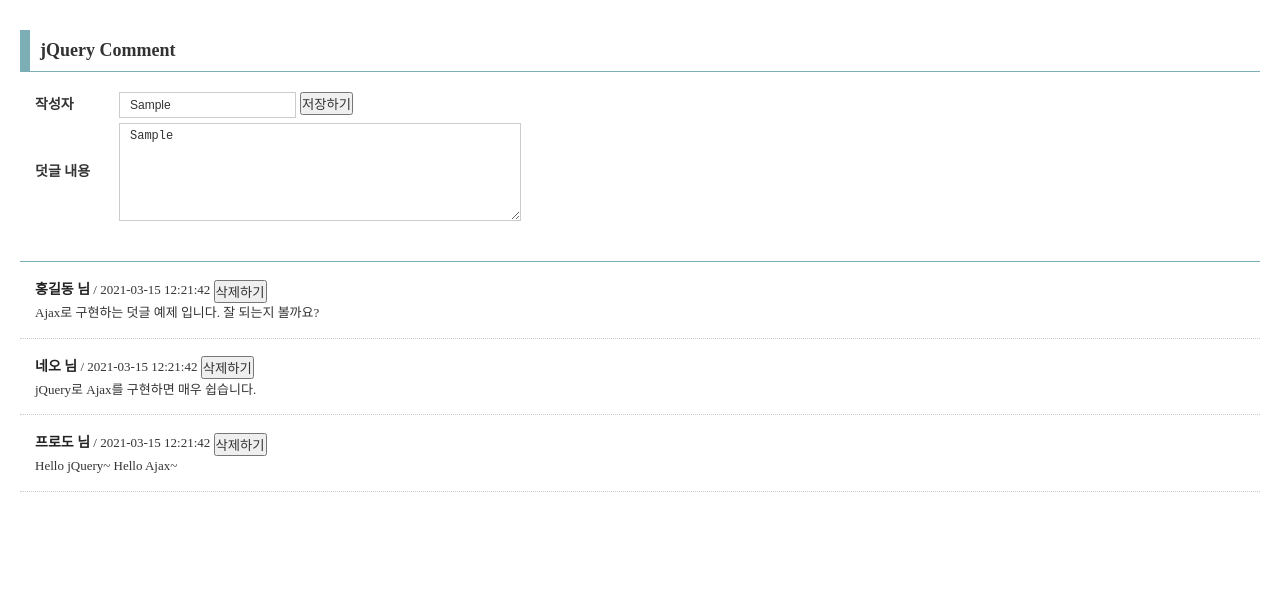
Repository: rwanda95do/bitcamp
Page: JQueryAjax/src/main/webapp/02_xml/exam05.html
The author's editor kept a copy of each file at every save. The page is drawn from the files as they stood at one save, then again after the next save.
The browser window is 1280 px wide. The pictures show the whole page.
Empty fields were first filled with sample values (such as "Sample", 5 or name@example.com).
After loading, the first visible `#comment_form` was submitted once.

Above is the page before, as saved 2024-08-28 07:53:58.
Console error: TypeError: $(...).fine is not a function

### JQueryAjax/src/main/webapp/02_xml/exam05.html
<!DOCTYPE html>
<html>
<head>
<meta charset="UTF-8">
<title>Insert title here</title>
<style type="text/css">
* {
 padding: 0;
 margin: 0;
 color: #333;
}

ul {
   list-style: none;
}

#container {
   padding: 30px 20px;
}

h1 {
   font-size: large;
   border-left: 10px solid #7BAEB5;
   border-bottom: 1px solid #7BAEB5;
   padding: 10px;
   width: auto;
}

#comment_write {
   padding: 20px 15px;
   border-bottom: 1px solid #7BAEB5;
}

#comment_write label {
   display: inline-block;
   width: 80px;
   font-size: 14px;
   font-weight: bold;
   margin-bottom: 10px;
}

#comment_write input[type='text'], #comment_write textarea {
   border: 1px solid #ccc;
   vertical-align: middle;
   padding: 3px 10px;
   font-size: 12px;
   line-height: 150%;
}

#comment_write textarea {
   width: 380px;
   height: 90px
}

.comment_item {
   font-size: 13px;
   color: #333;
   padding: 15px;
   border-bottom: 1px dotted #ccc;
   line-height: 150%;
}

.comment_item .writer {
   color: #555;
   line-height: 200%;
}

.comment_item .writer input {
   vertical-align: middle;
}

.comment_item .writer .name {
   color: #222;
   font-weight: bold;
   font-size: 14px;
}

#writerDiv, #contentDiv {
	color: red;
	font-size: 9pt;
	font-weight: bold;
	padding: 10px 0 ;

}

</style>
</head>

<body>
	<div id="container">
		<h1>jQuery Comment</h1>
			<div id="comment_write">
				<form id="comment_form">
					<input type="hidden" name="num" value="">
					<input type="hidden" name="datetime" value="">
					<div>
						<label for="writer">작성자</label>
						<input type="text" name="writer" id="writer" />
						<input type="submit" value="저장하기" />
						<div id="writeDiv"></div>
					</div>

					<div>
						<label for="content">덧글 내용</label>
						<textarea name="content" id="content"></textarea>
						<div id="contentDiv"></div>
					</div>
				</form>
			</div>
		<!-- 동적 요소 -->
		<ul id="comment_list"></ul>
	</div>
</body>

<script type="text/javascript" src="http://code.jquery.com/jquery-3.7.1.min.js"></script>
<script type="text/javascript">
function addItem(num, writer, content, datetime) {
	// <li date-nem="" class="comment_item"></li>
	var new_li = $('<li/>');
	new_li.attr('date-num', num);
	new_li.addClass('comment_item')

	// <p class="writer"></p>
	var writer_p = $('<p/>');
	writer_p.addClass('writer');

	var name_span = $('<span/>');
	name_span.addClass('name')
	name_span.html(writer + '님')

	var date_span = $('<span/>');
	date_span.html(' / ' + datetime + ' ')

	var del_input = $('<input/>');
	del_input.attr({
		'type': 'button',
		'value': '삭제하기'
	});
	del_input.addClass('delete_btn');

	var content_p = $('<p/>');
	content_p.html(content);

	writer_p.append(name_span).append(date_span).append(del_input);
	new_li.append(writer_p).append(content_p);
	$('#comment_list').append(new_li);


}

function getToday() {
	var date = new Date();

	var yy = date.getFullYear();
	var mm = date.getMonth()+1;
	var dd = date.getDate();

	var hh = date.getHours();
	var mi = date.getMinutes();
	var ss = date.getSeconds();

	// 날짜 형식 통일
	if(mm<10){ mm = '0' + mm; }
	if(dd<10){ dd = '0' + dd; }
	if(hh<10){ hh = '0' + hh; }
	if(mi<10){ mi = '0' + mi; }
	if(ss<10){ ss = '0' + ss; }

	var today = yy + '-' + mm + '-' + dd + ' ' + hh + ':' + mi + ': ' +ss;

	return today;


}
</script>
<script type="text/javascript">
$(function() {
	let num = 3;

	// 목록
	// {}빈손으로와서 data들을 잔뜩 들고간다
	$.get('../comment/comment_list.xml', {}, function (data){

		$(data).find('item').each(function() {
			let num = $(this).find('num').text();
			let writer = $(this).find('writer').text();
			let content = $(this).find('content').text();
			let datetime = $(this).find('datetime').text();

			addItem(num, writer, content, datetime);
		});

	}).fail(function() {
		alert('불러오기 실패다!!!!!!!!!!!!!!!!!!!!!!!!!!!!!!!!!!!!!!!!!!!!!!!!!!!!');
	});

	// 저장
	$('#comment_form').submit(function() {
		$('#writerDiv').empty();
		$('#contentDiv').empty();


		if(!$('#writer').val()){
			$('#writerDiv').text('작성자입력');
			$('#writer').focus();
			return false;
		}
		if(!$('#content').val()){
			$('#contentDiv').text('작성자입력');
			$('#content').focus();
			return false;
		}


		$.post(
				'../comment/comment_write.jsp',
				$('#comment_form').serialize(),
				function(data){ // 성공
					var num = $(data).fine('num').text();
					var writer = $(data).fine('writer').text();
					var content = $(data).fine('content').text();
					var datetime = $(data).fine('datetime').text();
					addItem(num, writer, content, datetime);
		}).fail(function() { // 실패

		});

		return false;
	});


	// 삭제
});




</script>
</html>




<!--
data-*
data- 로 시작하는 속성은 Custom Data Attributes 라고 html5에서 새롭게 추가된 속성이다.
말 그대로 사용자 정의 데이터 속성이다.
특별한 기능보다는 html5 element의 데이터를 의미 있게 표현할 수 있는 속성이다.
html5에서 추가된 태그로는 콘텐츠의 아주 디테일한 의미까지 정의하기 힘들므로
data- 속성으로 의미를 구체화 하시오.. 이런 의미로 보면 된다.
CSS 입장에서는 id와 class 외에 속성값으로 접근하는 수단이 늘어난 것이다.
jQuery에서도 .data()를 이용해 접근 가능하다.

예]
<li class="user" data-name="홍길동" data-city="Seoul" data-car="sm6">
    <strong>홍길동:</strong> <span>안녕하세요</span>
</li>

 CSS에서 사용
<style type="text/css">
    [data-name] { color: red; }
</style>

 jQuery에서 .data()를 이용해 접근
-데이터를 가져올 때,
    $(".user").data("name") -- 홍길동

* 데이터를 설정할 때,$(".user").data("name", "고길동");-->

After the next save:
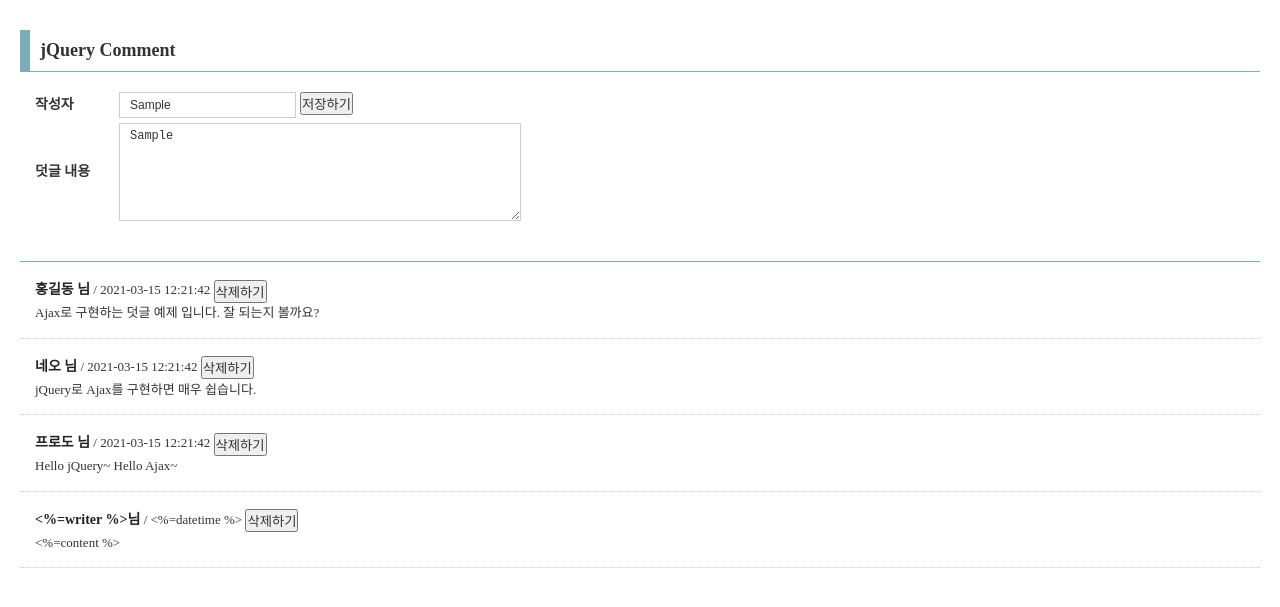
The error is gone.
Saved 19 s later.
--- a/JQueryAjax/src/main/webapp/02_xml/exam05.html
+++ b/JQueryAjax/src/main/webapp/02_xml/exam05.html
@@ -216,10 +216,10 @@ $(function() {
 				'../comment/comment_write.jsp',
 				$('#comment_form').serialize(),
 				function(data){ // 성공
-					var num = $(data).fine('num').text();
-					var writer = $(data).fine('writer').text();
-					var content = $(data).fine('content').text();
-					var datetime = $(data).fine('datetime').text();
+					var num = $(data).find('num').text();
+					var writer = $(data).find('writer').text();
+					var content = $(data).find('content').text();
+					var datetime = $(data).find('datetime').text();
 					addItem(num, writer, content, datetime);
 		}).fail(function() { // 실패
 
